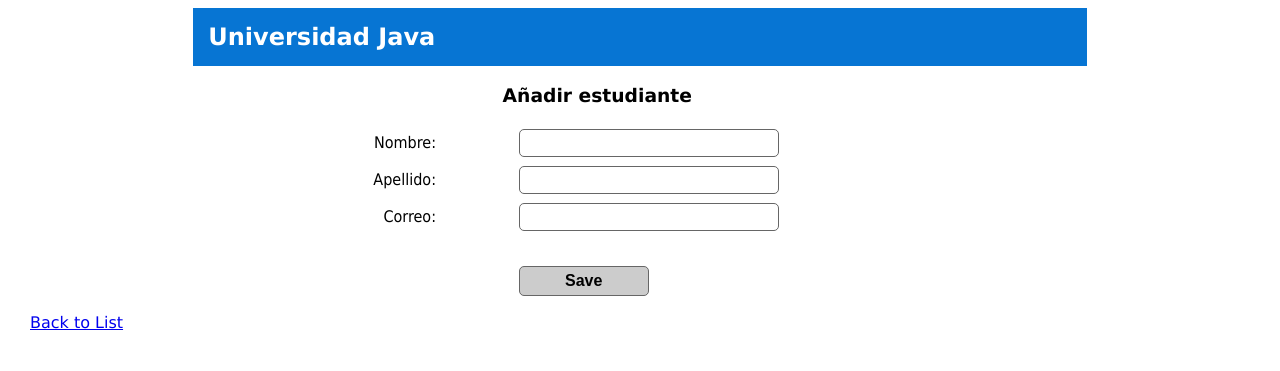
Repository: ivipech/AcdemiaXideral
Page: http://localhost/maven-estudiante/add-student-form.jsp
These files come from the project's save history. The page is drawn as it stood at one moment and after the next save; the edit follows.
The browser window is 1280 px wide. The pictures show the whole page.
The page is served by Tomcat 9. Other server files are loaded and not shown.

Above is the page before, as saved 2023-01-26 05:42:30.

### Semana2/maven-estudiante/src/main/webapp/add-student-form.jsp
<!DOCTYPE html>
<html>

<head>
	<title>Añadir estudiante</title>

	<link type="text/css" rel="stylesheet" href="css/style.css">
	<link type="text/css" rel="stylesheet" href="css/add-student-style.css">
</head>

<body>
	<div id="wrapper">
		<div id="header">
			<h2>Universidad Java</h2>
		</div>
	</div>

	<div id="container">
		<h3>Añadir estudiante</h3>

		<form action="StudentControllerServlet" method="GET">

			<input type="hidden" name="command" value="ADD" />

			<table>
				<tbody>
					<tr>
						<td><label>Nombre:</label></td>
						<td><input type="text" name="firstName" /></td>
					</tr>

					<tr>
						<td><label>Apellido:</label></td>
						<td><input type="text" name="lastName" /></td>
					</tr>

					<tr>
						<td><label>Correo:</label></td>
						<td><input type="text" name="email" /></td>
					</tr>

					<tr>
						<td><label></label></td>
						<td><input type="submit" value="Save" class="save" /></td>
					</tr>

				</tbody>
			</table>
		</form>

		<div style="clear: both;"></div>

		<p>
			<a href="StudentControllerServlet">Back to List</a>
		</p>
	</div>
</body>

</html>

### Semana2/maven-estudiante/src/main/webapp/css/style.css
html, body{
	margin-left:15px; margin-right:15px;
	padding:0px;
	font-family:Verdana, Arial, Helvetica, sans-serif;
}

h3 {
	width:73%;
	text-align:center;
	margin-left:10%;
	margin-right:auto;
}

table {
	border-collapse:collapse;
	border-bottom:1px solid gray;
	font-family: Tahoma,Verdana,Segoe,sans-serif;
	width:72%;
	margin-right: auto;  margin-left: auto;
}

th {
	border-bottom:1px solid gray;
	background:none repeat scroll 0 0 #0775d3;
	padding:10px;
	color: #FFFFFF;
}

tr {
	border-top:1px solid gray;
	text-align:center;
}

tr:nth-child(even) {background: #FFFFFF}
tr:nth-child(odd) {background: #BBBBBB}

#wrapper {width: 100%; margin-top: 0px; }
#header {width: 72%; background: #0775d3; margin-top: 0px; padding:15px 0px 15px 15px; margin-right: auto;  margin-left: auto;}
#header h2 {width: 100%; margin:auto; color: #FFFFFF;}
#container {width: 100%; margin:auto}
#container h3 {color: #000;}
#container #content {margin-top: 20px;}

.add-student-button {
	border: 1px solid #666;
	border-radius: 5px;
	padding: 4px;
	font-size: 12px;
	font-weight: bold;
	width: 120px;
	padding: 5px 10px;
	position: relative;
	left:250px;

	margin-bottom: 15px;
	background: #cccccc;
}

Loaded but not shown: Semana2/maven-estudiante/src/main/webapp/css/add-student-style.css (common file)

After the next save:
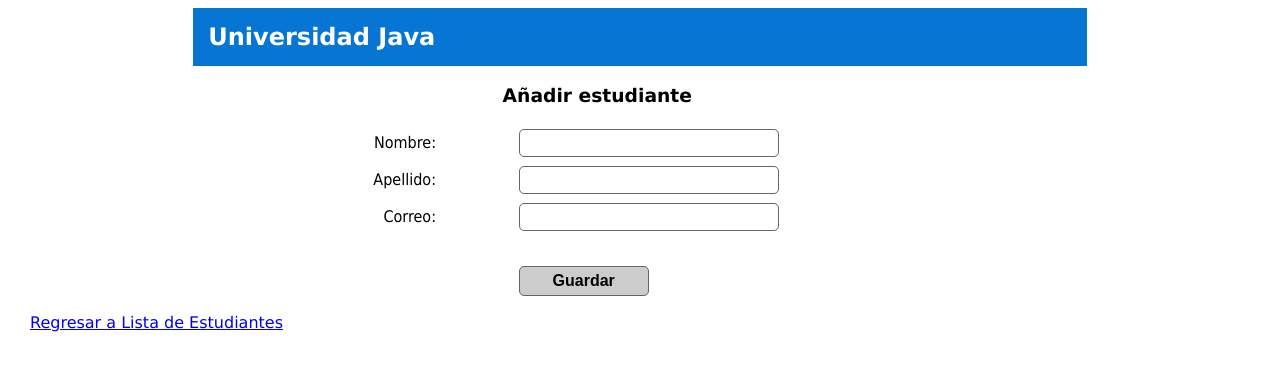
Saved 87 s later.
--- a/Semana2/maven-estudiante/src/main/webapp/add-student-form.jsp
+++ b/Semana2/maven-estudiante/src/main/webapp/add-student-form.jsp
@@ -41,7 +41,7 @@
 
 					<tr>
 						<td><label></label></td>
-						<td><input type="submit" value="Save" class="save" /></td>
+						<td><input type="submit" value="Guardar" class="save" /></td>
 					</tr>
 
 				</tbody>
@@ -51,7 +51,7 @@
 		<div style="clear: both;"></div>
 
 		<p>
-			<a href="StudentControllerServlet">Back to List</a>
+			<a href="StudentControllerServlet">Regresar a Lista de Estudiantes</a>
 		</p>
 	</div>
 </body>
